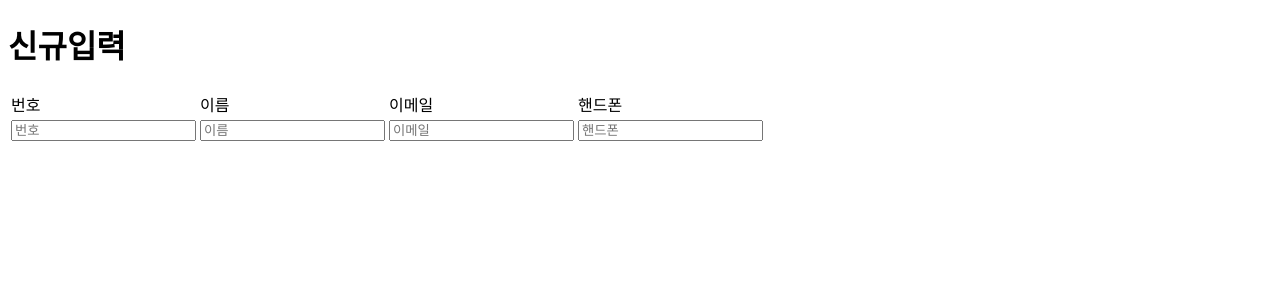
Repository: kvmhyvmvn/Study_JspServlet
Page: http://localhost/05.Mybatis/customer/insert.jsp
An editor plug-in stored every save of this project. The page is shown before and after the next save, followed by the edit.
The browser window is 1280 px wide. The pictures show the whole page.
The page is served by Tomcat 9. Other server files are loaded and not shown.

Above is the page before, as saved 2023-05-25 03:47:38.

### WorkSpace/05.Mybatis/src/main/webapp/customer/insert.jsp
<%@ page language="java" contentType="text/html; charset=UTF-8"
    pageEncoding="UTF-8"%>
<!DOCTYPE html>
<html>
<head>
<meta charset="UTF-8">
<title>Insert title here</title>
</head>
<body>
	<h1>신규입력</h1>
	<table>
		<tr>
			<td>번호</td>
			<td>이름</td>
			<td>이메일</td>
			<td>핸드폰</td>
		</tr>
		<tr>
			<td><input type="text" name = "id" placeholder="번호"></td>
			<td><input type="text" name = "name" placeholder="이름"></td>
			<td><input type="text" name = "email" placeholder="이메일"></td>
			<td><input type="text" name = "phone" placeholder="핸드폰"></td>
		</tr>
	</table>
</body>
</html>

After the next save:
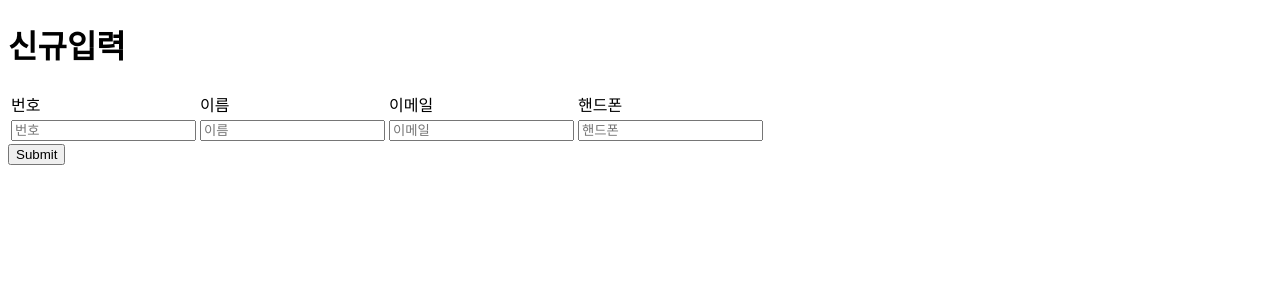
Saved 51 s later.
--- a/WorkSpace/05.Mybatis/src/main/webapp/customer/insert.jsp
+++ b/WorkSpace/05.Mybatis/src/main/webapp/customer/insert.jsp
@@ -8,6 +8,7 @@
 </head>
 <body>
 	<h1>신규입력</h1>
+	<form action="insert.cu">
 	<table>
 		<tr>
 			<td>번호</td>
@@ -22,5 +23,7 @@
 			<td><input type="text" name = "phone" placeholder="핸드폰"></td>
 		</tr>
 	</table>
+		<input type = "submit">
+	</form>
 </body>
 </html>
